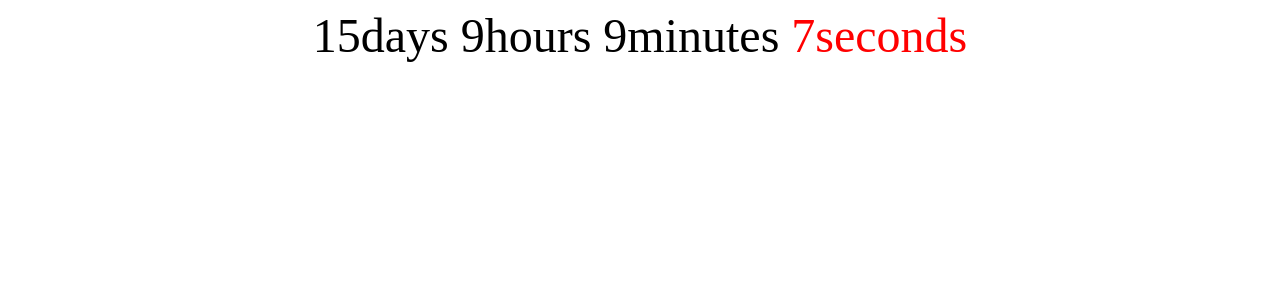
Repository: sinarinzifabrice/Events
Page: index.html
An editor plug-in stored every save of this project. The page is shown before and after a run of saves, followed by the edit.
The browser window is 1280 px wide. The pictures show the whole page.

Above is the page before, as saved 2024-05-16 09:50:41.

After the next 3 saves:
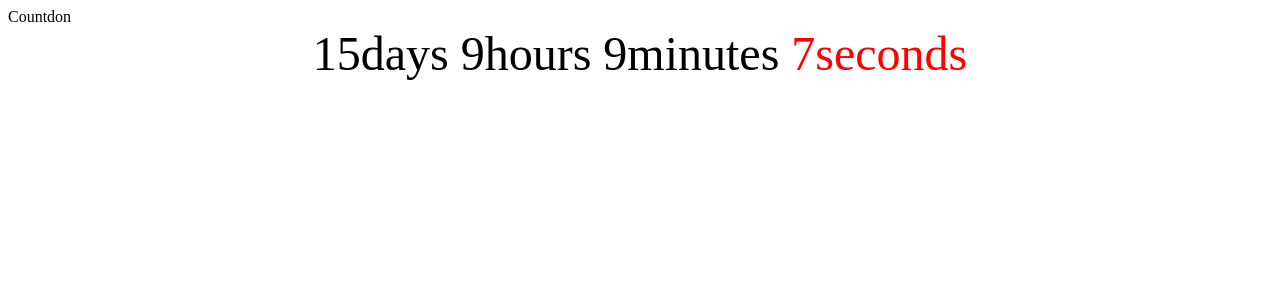
The 3 saves are shown as one change because they came seconds apart.
The last was saved 96 s later.
--- a/index.html
+++ b/index.html
@@ -16,7 +16,7 @@
 </head>
 <body>
 
-
+   <div>Countdon</div>
    <div id="countdown"></div>
 
 
